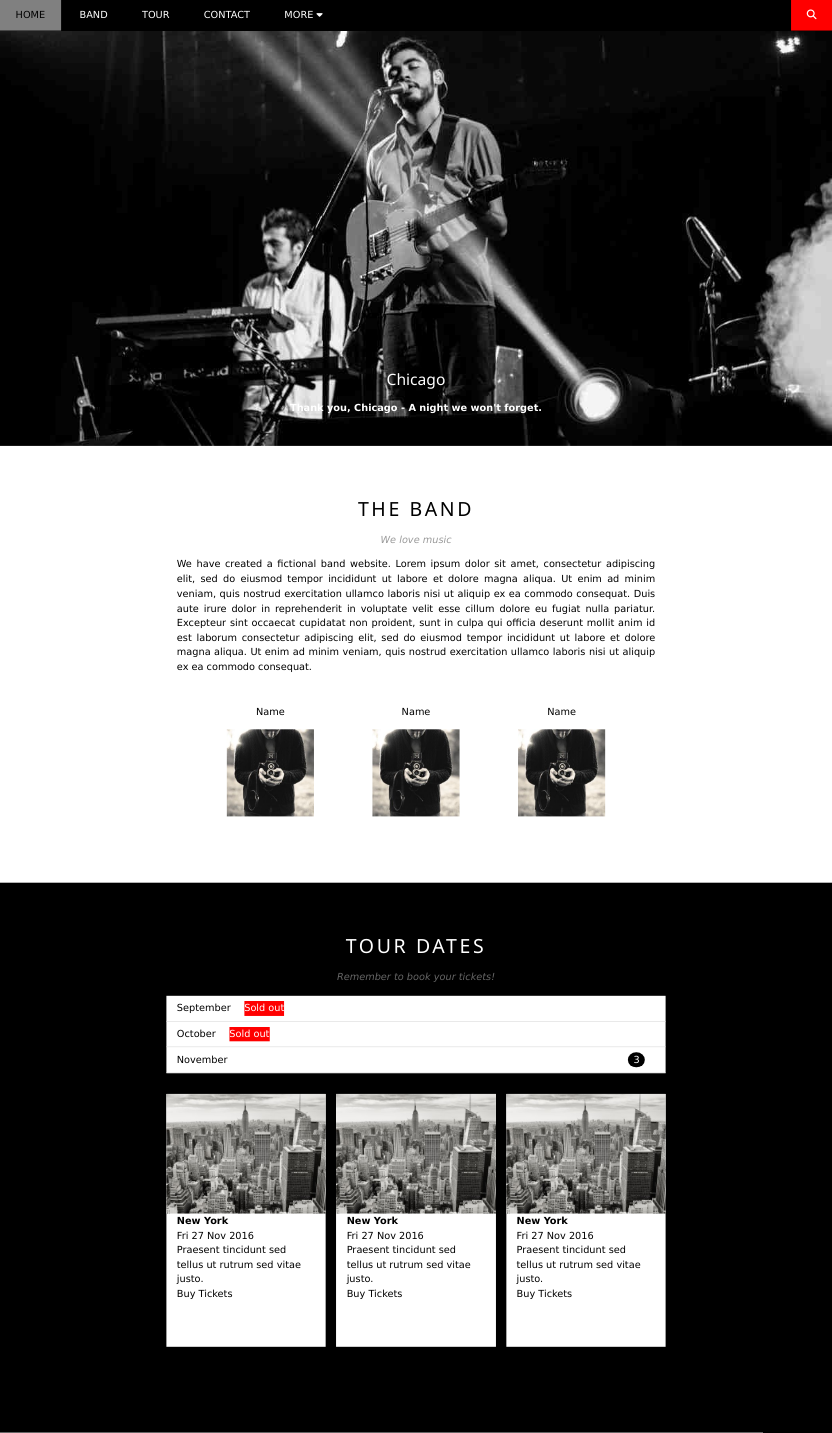
Repository: ngotranphuongbao/theband
Page: index.html
The author's editor kept a copy of each file at every save. The page is drawn from the files as they stood at one save, then again after the next save.
The browser window is 1280 px wide. The pictures show the whole page, at 65% of full size.
Some web libraries are served in a nearby version.

Above is the page before, as saved 2022-12-22 06:35:20.

After the next save:
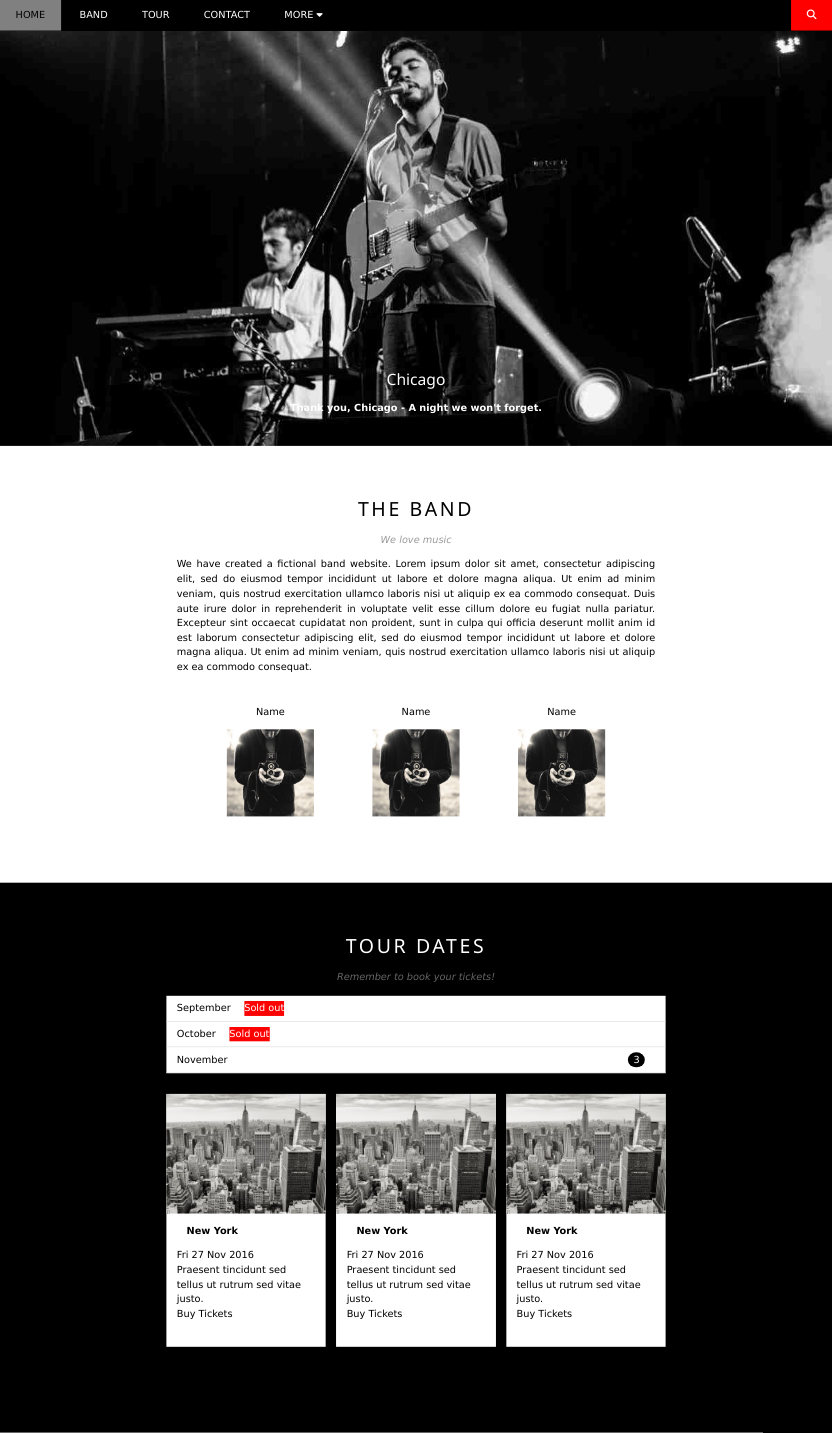
Saved 62 s later.
--- a/assets/css/style.css
+++ b/assets/css/style.css
@@ -247,6 +247,11 @@ html {
     padding: 0.15px 16px;
 }
 
+.city {
+    margin: 15px;
+    font-weight: bolder;
+}
+
 #footer {
 
 }
